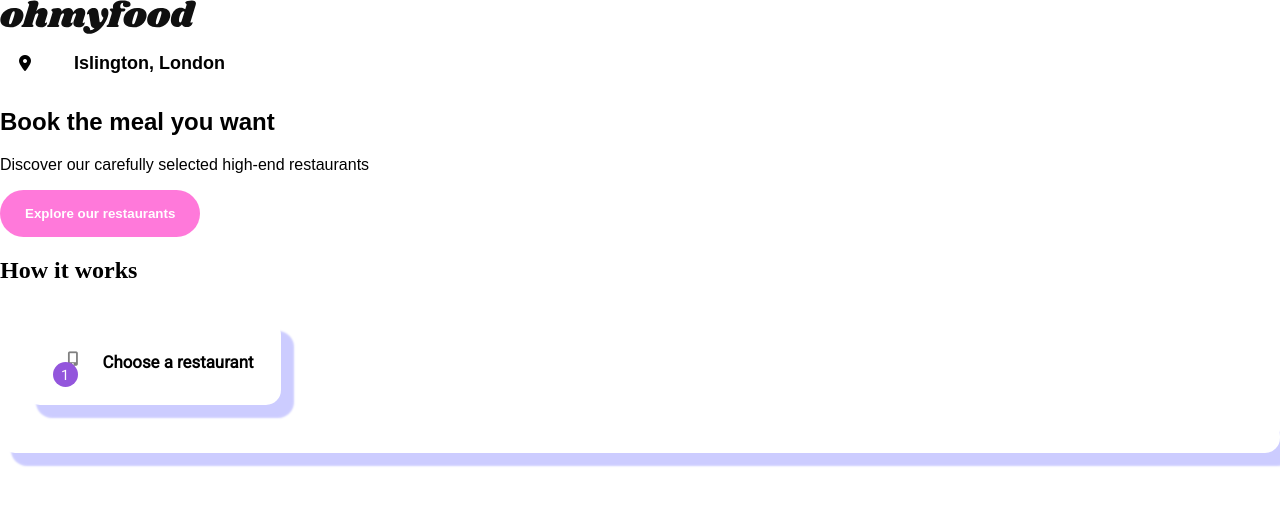
Repository: R1ptou/Project-3
Page: index.html
The author's editor kept a copy of each file at every save. The page is drawn from the files as they stood at one save, then again after the next save.
The browser window is 1280 px wide. The pictures show the whole page.
Some web fonts or font styles are not loaded; a fallback is used. The style sheet was rebuilt from its Sass, Less or Tailwind sources for each picture, by a compiler version that may differ from the author's.

Above is the page before, as saved 2024-02-10 11:54:19.

### index.html
<!DOCTYPE html>
<html lang="en">
<head>
    <meta charset="UTF-8">
    <meta name="viewport" content="width=device-width, initial-scale=1.0">
    <title>ohmyfood</title>
    <link rel="preconnect" href="https://fonts.googleapis.com">
    <link rel="preconnect" href="https://fonts.googleapis.com">
    <link rel="preconnect" href="https://fonts.gstatic.com" crossorigin>
    <link href="https://fonts.googleapis.com/css2?family=Roboto&family=Shrikhand&display=swap" rel="stylesheet">
    <link rel="stylesheet" href="https://cdnjs.cloudflare.com/ajax/libs/font-awesome/6.2.1/css/all.min.css"
        integrity="sha512-MV7K8+y+gLIBoVD59lQIYicR65iaqukzvf/nwasF0nqhPay5w/9lJmVM2hMDcnK1OnMGCdVK+iQrJ7lzPJQd1w=="
        crossorigin="anonymous" referrerpolicy="no-referrer">
    <link rel="stylesheet" href="./css/style.css">
</head>
<body>
<!-- Header -->
    <div class="main-container">
        <header>
            <div class="logo"> <!-- Logo -->
               <img  src="./Images and text Ohmyfood/images/logo/ohmyfood@2x.svg" alt="ohmyfood logo" >
            </div>
            <form class="search-bar"> <!-- Search bar -->
                <div class="icon-search"><i class="text-black fa-solid fa-location-dot"></i></div>
                <input class="input-search" value="Islington, London" type="text">
            </form>
            <div class="headline"> <!-- Headline -->
                <h2>Book the meal you want</h2>
                <p>Discover our carefully selected high-end restaurants</p>
            </div>
            <button type="submit" class="button-search">Explore our restaurants</button> <!-- Submit button -->
        </header>
    </div>

<!-- How it works -->
    <section>
        <h2>How it works</h2>
        <div class="card-group">
        <a href="#" class="card">
            <div><i class="icon-no"> 1 </i></div>
            <div class="icon-pic"><i class="fa-solid fa-mobile-screen-button"></i></div>
            <div class="card-text">
                <h3>Choose a restaurant</h3>
    </section>


<!-- Header -->
<!-- Header -->
<!-- Header -->

</body>
</html>

### scss/style.scss
/****** General ***********/

:root {
    --primary-color: #9356DC;
    --secondary-color: #FF79DA;
    --tertiary-color: #99E2D0;
}

body {
margin: 0;
padding: 0;
color: #000;
}

a {
    text-decoration: none;
}
/****** Header ***********/

/****** Logo ***********/

/****** Search bar ***********/

.search-bar {
    display: flex;
}

.icon-search {
    display: flex;
    justify-content: center;
    align-items: center;
    width: 50px;
    height: 50px;
    flex-shrink: 0;

}

.input-search {
    display: flex;
    border-width: 0;
    border-style: none;
    padding: 0 24px;
    font-weight: bold;
    font-size: 18px;
}
.input-search:focus {
    outline: none;
}

/****** Headline ***********/

.headline {
    font-family: "Shrikhand", sans-serif;
}


/****** Submit button ***********/

.button-search{
    padding: 16px 25px;
    color: #fff;
    font-weight: bold;
    background-color: var(--secondary-color);
    border-radius: 25px;
    border: none;
    justify-content: center;
}

.button-search:hover {


    background-color: var(--secondary-color);
    border-radius: 0 15px 15px 0px;
    border: none;
}

/****** How it works ***********/

.card-group {
    display: flex;
    flex-direction: column;
    justify-content: center;
    width: 20vw;
    padding: 16px 25px;
}

.card {
    display: flex;
    flex-direction: row;
    padding: 16px 25px;
    background: #fff;
    border-radius: 15px;
    box-shadow: 12px 12px 2px 1px rgba(0, 0, 255, .2);
    font: 0.9rem "Roboto", sans-serif;
    color: #000;
    justify-content: center;
    align-items: center;
}

.icon-pic {
    display: flex;
    flex-direction: row;
    background: none;
    color: grey;
    width: 20px;
    height: 20px;
    padding: 15px;
    flex-shrink: 0;
}

.icon-pic:hover {
    color: var(--primary-color);
}

.icon-no {
    position: absolute;

    background: var(--primary-color);
    border-radius: 50%;
    border: none;
    font: 0.9rem "Roboto", sans-serif;
    color: #fff;
    text-align: center;
    width: 15px;
    height: 15px;
    padding: 5px;
    flex-shrink: 0;
}

/****** Starters ***********/


/****** Mains ***********/


/****** Deserts ***********/


/****** Button ***********/

.btn {
    background-color: var(--primary-color);
}

/****** Label ***********/


/****** Icon ***********/


/****** Footer ***********/

After the next save:
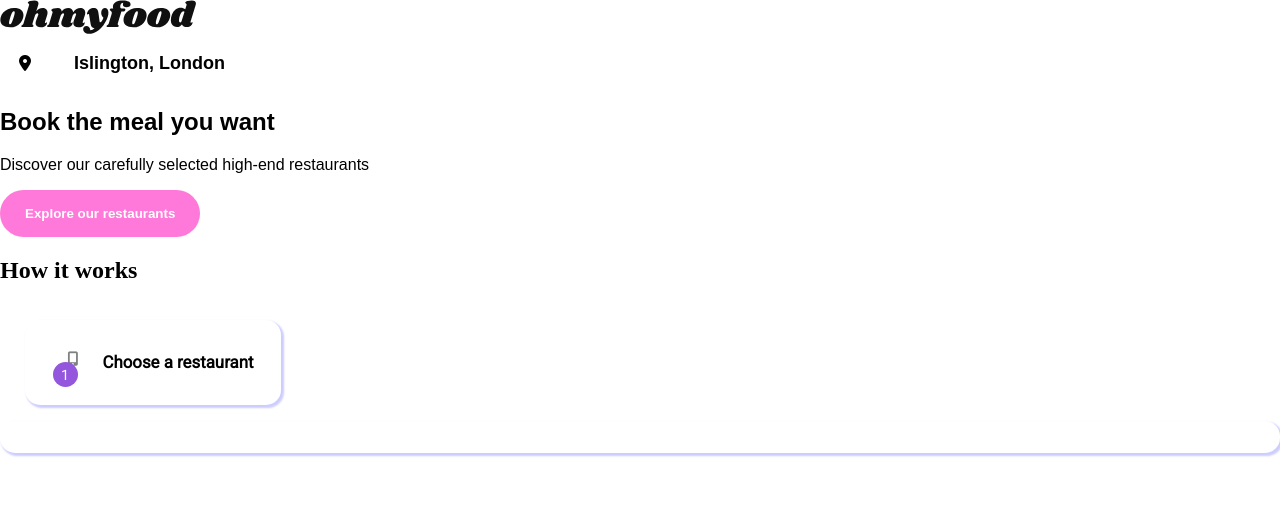
Saved 59 s later.
--- a/scss/style.scss
+++ b/scss/style.scss
@@ -90,7 +90,7 @@ a {
     padding: 16px 25px;
     background: #fff;
     border-radius: 15px;
-    box-shadow: 12px 12px 2px 1px rgba(0, 0, 255, .2);
+    box-shadow: 2px 2px 2px 1px rgba(0, 0, 255, .2);
     font: 0.9rem "Roboto", sans-serif;
     color: #000;
     justify-content: center;
